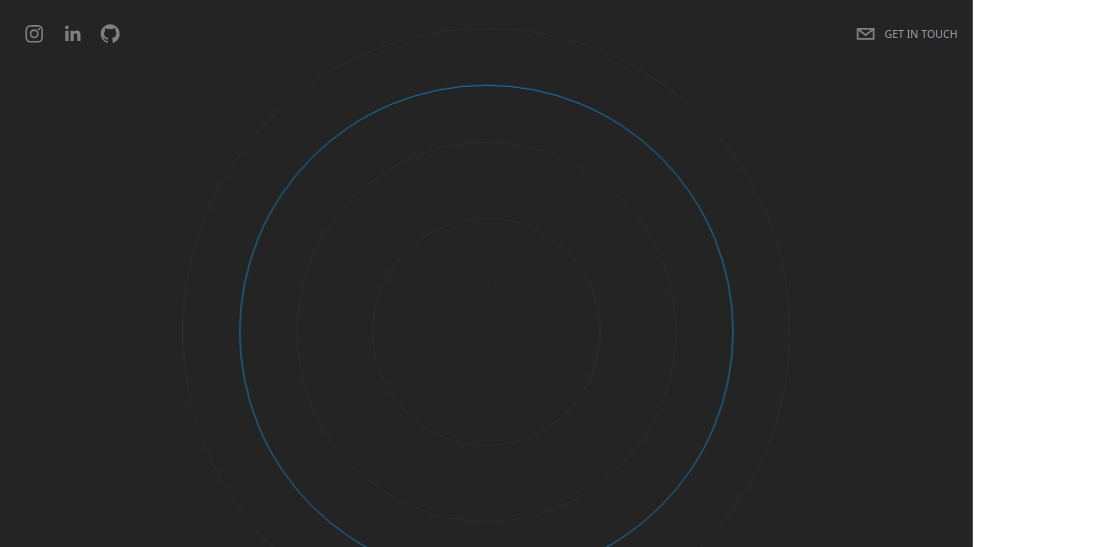
Repository: husainmamuwala/portfolio2.0
Page: /
An editor plug-in stored every save of this project. The page is shown before and after a run of saves, followed by the edit.
The browser window is 1280 px wide. The page is 1280 px wide, then 1440 px, then 1280 px, so the pictures cover 1440 px, including what lies to the right of the window. The pictures show the whole page, at 76% of full size.
An inner scrolling area shows only its first screen. The project was rebuilt for these pictures with package versions that can differ from the ones it lists, and the page was loaded fresh each time. The framework's server and built-in components were replaced by stand-ins that run in the browser. Also part of the build but not shown: next.config.js.

Above is the page before, as saved 2022-09-17 18:52:10.

After the next 2 saves:
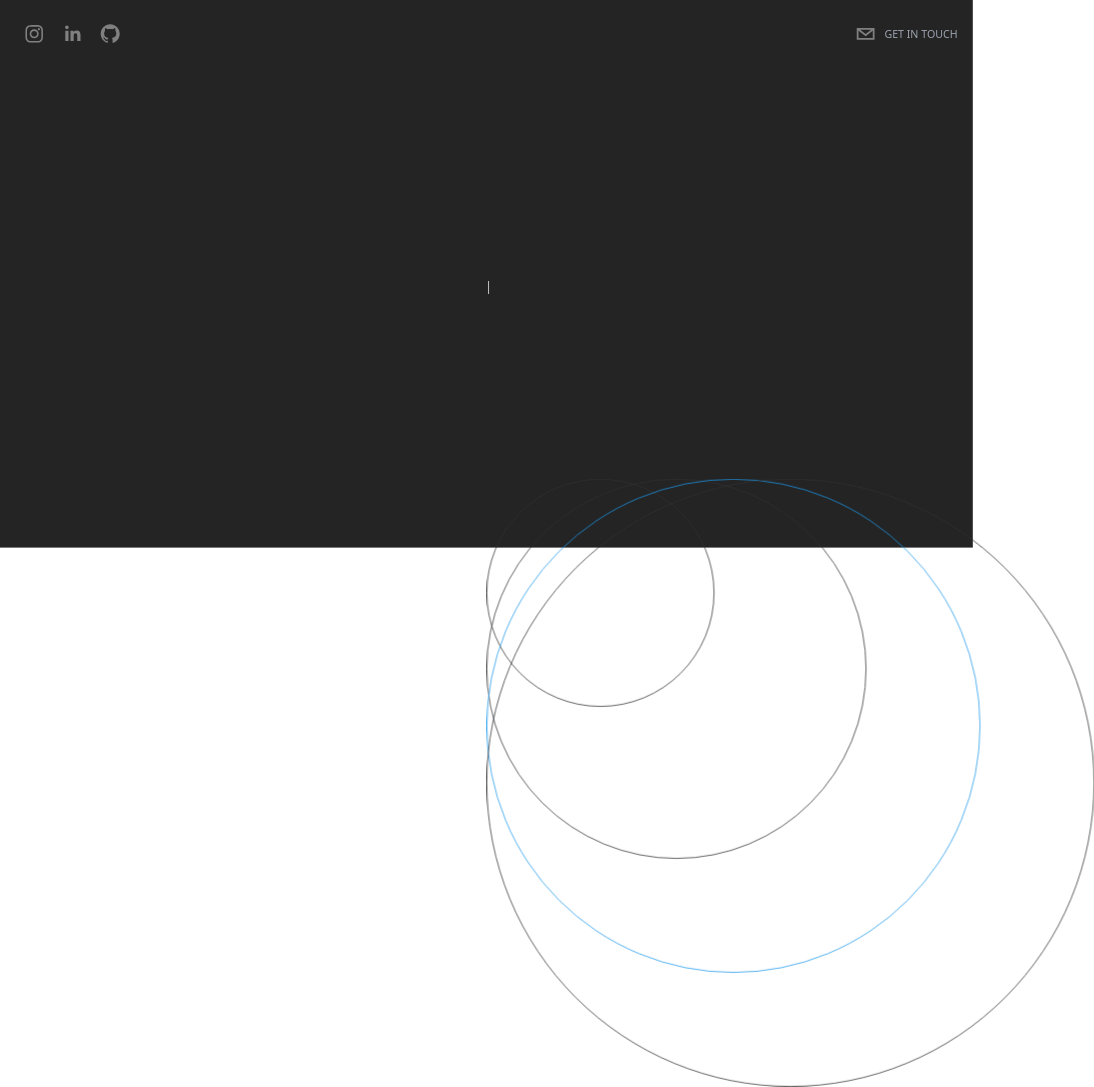
The 2 saves are shown as one change because they came seconds apart.
The last was saved 7 s later.
--- a/components/BackgroundCircles.tsx
+++ b/components/BackgroundCircles.tsx
@@ -13,6 +13,7 @@
             scale:[1,2,2,3,1],
             opacity:[0.1 , 0.2 , 0.4 , 0.8 , 0.1 , 1.0],
         }}
+        transition:
         className='relative flex justify-center items-center'>
         <div className='absolute border border-[#333333] rounded-full h-[200px] w-[200px] mt-52 animate-ping '/>
         <div className=' absolute border border-[#333333] rounded-full h-[300px] w-[300px] mt-52'/>

After the 3 saves that followed:
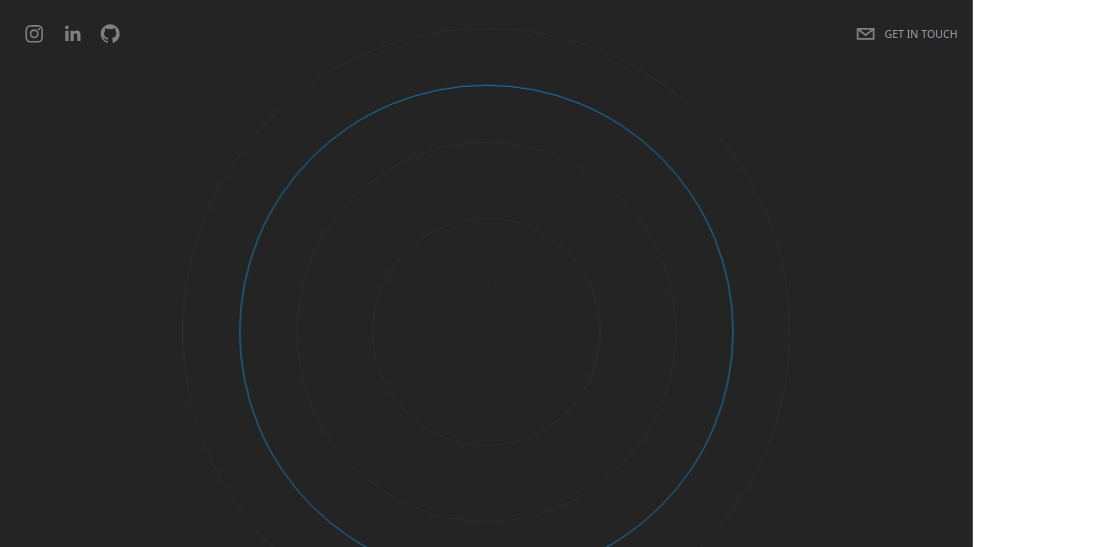
The 3 saves are shown as one change because 1 did not build or start and some came seconds apart.
The last was saved 10 s later.
--- a/components/BackgroundCircles.tsx
+++ b/components/BackgroundCircles.tsx
@@ -13,7 +13,9 @@
             scale:[1,2,2,3,1],
             opacity:[0.1 , 0.2 , 0.4 , 0.8 , 0.1 , 1.0],
         }}
-        transition:
+        transition={{
+            duration:2.5
+        }}
         className='relative flex justify-center items-center'>
         <div className='absolute border border-[#333333] rounded-full h-[200px] w-[200px] mt-52 animate-ping '/>
         <div className=' absolute border border-[#333333] rounded-full h-[300px] w-[300px] mt-52'/>
